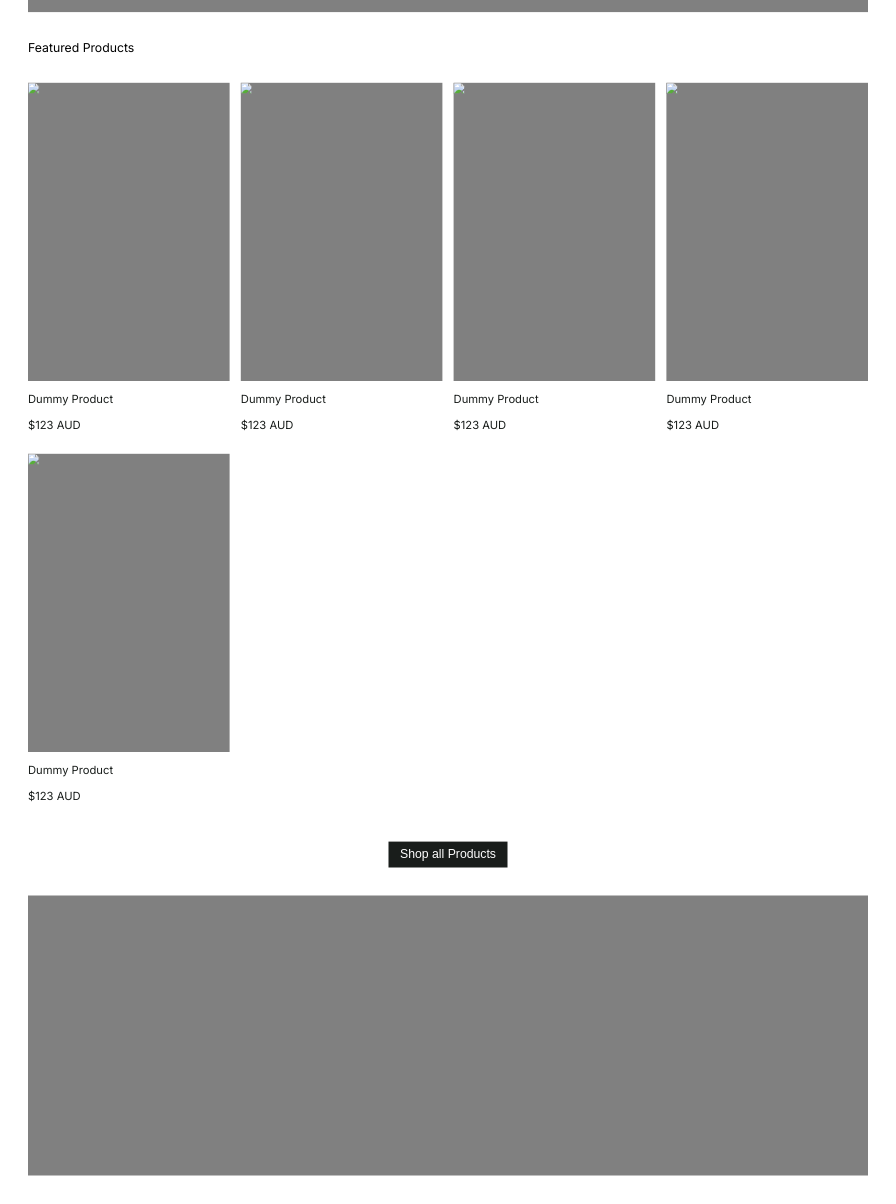
Repository: David-Waite/ecommercefrontendTemplate
Page: /
These files come from the project's save history. The page is drawn as it stood at one moment and after the next save; the edit follows.
The browser window is 1280 px wide. The pictures show the part of the page from y = 695 to 2615 px (the page is 2415 px tall before and 2615 px after), at 70% of full size.
The project was rebuilt for these pictures with package versions that can differ from the ones it lists, and the page was loaded fresh each time. The framework's server and built-in components were replaced by stand-ins that run in the browser. Also part of the build but not shown: next.config.js.

Above is the page before, as saved 2023-08-24 20:33:27.

### app/layout.js
import Nav from "./Components/Nav/Nav";
import "./globals.css";
import { Inter } from "next/font/google";

const inter = Inter({ subsets: ["latin"] });

export const metadata = {
  title: "Create Next App",
  description: "Generated by create next app",
};

export default function RootLayout({ children }) {
  return (
    <html lang="en">
      <body className={inter.className}>
        <Nav />
        {children}
      </body>
    </html>
  );
}

### app/page.js
import Image from "next/image";
import styles from "./page.module.css";
import Link from "next/link";
import PrimaryButton from "./Components/UI/PrimaryButton/PrimaryButton";
import ProductGrid from "./Components/UI/ProductsGrid/ProductGrid";
import ProductCard from "./Components/UI/ProductCard/ProductCard";

export default function Home() {
  const DUMMYFEATUREDPRODUCTS = [
    {
      id: "1",
      image: "",
      name: "Dummy Product",
      price: 123.0,
    },
    {
      id: "2",
      image: "",
      name: "Dummy Product",
      price: 123.0,
    },
    {
      id: "3",
      image: "",
      name: "Dummy Product",
      price: 123.0,
    },
    {
      id: "4",
      image: "",
      name: "Dummy Product",
      price: 123.0,
    },
    {
      id: "5",
      image: "",
      name: "Dummy Product",
      price: 123.0,
    },
  ];

  const featuredProducts = DUMMYFEATUREDPRODUCTS.map(
    ({ id, image, name, price }) => {
      return (
        <ProductCard
          key={id}
          image={image}
          name={name}
          price={price}
          id={id}
          fontSize={"var(--fontMinus1)"}
        />
      );
    }
  );
  return (
    <main className={styles.main}>
      <div className={styles.heroImage}>
        <h1>Example Product Collection</h1>
        <Link href={"#"}>
          <PrimaryButton text={"Shop Now"} />
        </Link>
      </div>

      <div className={styles.featuredProductsContainer}>
        <h2 className={styles.featuredProductHeading}>Featured Products</h2>
        <ProductGrid>{featuredProducts}</ProductGrid>
      </div>
      <div className={styles.shopAllProductsBtn}>
        <PrimaryButton
          text={"Shop all Products"}
          dark={true}
          fontSize={"var(--fontBase)"}
        />
      </div>

      <div className={styles.imageCollage}></div>
    </main>
  );
}

### app/Components/Nav/Nav.js
"use client";
import Link from "next/link";
import { useState } from "react";
import {
  PiMagnifyingGlassLight,
  PiBag,
  PiListLight,
  PiXLight,
} from "react-icons/pi";
import styles from "./Nav.module.css";

export default function Nav() {
  const [navOpen, setNavOpen] = useState(false);

  function toggleMenu() {
    setNavOpen((prev) => !prev);
  }
  return (
    <nav className={styles.nav}>
      <div className={styles.menu} onClick={toggleMenu}>
        {!navOpen && <PiListLight fontSize={24} />}
        {navOpen && <PiXLight fontSize={24} />}
      </div>

      <div className={styles.moblieMenu} style={{ width: !navOpen && "0" }}>
        <Link href="/">Home</Link>
        <Link href="#">Catalog</Link>
        <Link href="#">Contact</Link>
      </div>
      <div className={styles.linksContainer}>
        <Link className={styles.logo} href="/">
          Logo
        </Link>
        <div className={styles.pagesContainer}>
          <Link href="/">Home</Link>
          <Link href="#">Catalog</Link>
          <Link href="#">Contact</Link>
        </div>
      </div>
      <div className={styles.iconsContainer}>
        <Link href="#">
          <PiMagnifyingGlassLight fontSize={26} />
        </Link>
        <Link href="#">
          <PiBag fontSize={26} />
        </Link>
      </div>
    </nav>
  );
}

### app/globals.css
:root {
  --primary: ;
  --black: #191d1b;
  --background: #ffffff;
  --white: #ffffff;
  --grey: #606060;
  --hoverGrey: #c5c5c5;
  --error: #a83c23;
  --max-width: 1500px;
  --fontBase: 17.5px;
  --fontPlus1: 21.88px;
  --fontPlus2: 27.34px;
  --fontPlus3: 34.18px;
  --fontMinus1: 14px;
  --fontMinus2: 11.2px;
  --marginMax: 40px;
  --margin1000: 32px;
  --marginMobile: 16px;
}

* {
  padding: 0;
  margin: 0;
  box-sizing: border-box;
}

### app/page.module.css
.main {
  margin: 0px auto;
  padding: 0px 40px;
  max-width: calc(var(--max-width) + 80px);
}
.heroImage {
  width: 100%;
  height: 600px;
  background-color: grey;
  display: flex;
  gap: 40px;
  flex-direction: column;
  align-items: center;
  justify-content: center;
}

.heroImage h1 {
  font-size: var(--fontPlus3);
  font-weight: 400;
  color: white;
}

.featuredProductsContainer {
  margin: 40px 0;
  display: flex;
  flex-direction: column;
  gap: 40px;
}

.shopAllProductsBtn {
  display: flex;
  margin: 40px 0;
  justify-content: center;
}

.featuredProductHeading {
  font-size: var(--fontBase);
  font-weight: 400;
}

.imageCollage {
  height: 400px;
  width: 100%;

  left: 0;
  margin-bottom: 40px;
  background-color: grey;
}
@media (max-width: 1000px) {
  .main {
    padding: 0px var(--margin1000);
  }
}
@media (max-width: 768px) {
  .main {
    padding: 0px var(--marginMobile);
  }
}

### app/Components/UI/PrimaryButton/PrimaryButton.js
import styles from "./PrimaryButton.module.css";

export default function PrimaryButton({ text, fontSize, dark }) {
  return (
    <button
      className={`${styles.container} ${dark && styles.dark}`}
      style={{
        fontSize: fontSize,
      }}
    >
      {text}
    </button>
  );
}

### app/Components/UI/ProductsGrid/ProductGrid.js
import styles from "./ProductGrid.module.css";
export default function ProductGrid({ children }) {
  return <div className={styles.main}>{children}</div>;
}

### app/Components/UI/ProductCard/ProductCard.js
import Image from "next/image";
import Link from "next/link";
import styles from "./ProductCard.module.css";

export default function ProductCard({ image, name, price, id }) {
  return (
    <Link href={`/catalog/product${id}`} className={styles.main}>
      <div className={styles.imageContainer}>
        <Image src={image} fill={true} alt={name} />
      </div>
      <div className={styles.infoContainer}>
        <p className={styles.name}>{name}</p>
        <p className={styles.price}>${price} AUD</p>
      </div>
    </Link>
  );
}

### app/Components/Nav/Nav.module.css
.nav {
  display: flex;
  align-items: center;
  justify-content: space-between;
  margin: 0px auto;
  padding: 40px;
  max-width: calc(var(--max-width) + 80px);
  position: relative;
}

.linksContainer {
  display: flex;
  align-items: center;
  justify-content: center;
  gap: 40px;
}

.pagesContainer {
  display: flex;
  gap: 24px;
}

.pagesContainer {
  font-size: var(--fontMinus1);
}

.iconsContainer {
  display: flex;
  gap: 16px;
}
.nav a {
  text-decoration: none;
  color: var(--black);
}

.logo {
  font-size: var(--fontPlus2);
}
.moblieMenu {
  position: absolute;
  flex-direction: column;
  width: 400px;
  left: 0;
  top: 113px;
  height: calc(100vh - 113px);
  transition: 0.3s;
  overflow: hidden;
}
.moblieMenu a {
  padding: 16px 32px;
}

.moblieMenu a:hover {
  background-color: var(--hoverGrey);
}
.menu,
.moblieMenu {
  display: none;
}
@media (max-width: 1000px) {
  .nav {
    padding: 40px var(--margin1000);
  }
  .pagesContainer {
    display: none;
  }
  .menu {
    display: block;
  }
  .moblieMenu {
    display: flex;
  }
  .logo {
    margin-left: 42px;
  }
}
@media (max-width: 768px) {
  .nav {
    padding: 40px var(--marginMobile);
  }
  .moblieMenu {
    width: 90vw;
  }
}

### app/Components/UI/PrimaryButton/PrimaryButton.module.css
.container {
  background-color: var(--white);
  padding: 8px 16px;
  border: none;
  cursor: pointer;
  font-size: var(--fontMinus1);
}

.dark {
  background-color: var(--black);
  color: var(--white);
}

.container:hover {
  background-color: var(--hoverGrey);
}

### app/Components/UI/ProductsGrid/ProductGrid.module.css
.main {
  display: grid;
  grid-template-columns: repeat(5, 1fr);

  gap: 40px;
}

@media (max-width: 1500px) {
  .main {
    grid-template-columns: repeat(4, 1fr);
    gap: 16px;
  }
}

@media (max-width: 1000px) {
  .main {
    grid-template-columns: repeat(2, 1fr);
    gap: 32px;
  }
}

@media (max-width: 778px) {
  .main {
    gap: 8px;
  }
}

### app/Components/UI/ProductCard/ProductCard.module.css
.imageContainer {
  height: calc((((1500px - 160px) / 5) * 1.5));
  position: relative;
  /* (total view width / amount of padding total (container + total gap)) / amount of col - 3 * 2) */
  background-color: grey;
}

.main {
  text-decoration: none;
}

.infoContainer {
  display: flex;
  flex-direction: column;
  gap: 16px;
  margin: 16px 0;
  color: var(--black);
}

@media (max-width: 1500px) {
  .imageContainer {
    height: calc((100vw - 64px - (var(--marginMax) * 2)) / 4 * 1.5);
    /* (total view width / amount of padding total (container + total gap)) / amount of col - 3 * 2) */
  }
}

@media (max-width: 1000px) {
  .imageContainer {
    height: calc((100vw - 32px - (var(--margin1000) * 2)) / 2 * 1.5);
    /* (total view width / amount of padding total (container + total gap)) / amount of col - 3 * 2) */
  }
}

@media (max-width: 778) {
  .imageContainer {
    height: calc((100vw - 8px - (var(--marginMobile) * 2)) / 2 * 1.5);
    /* (total view width / amount of padding total (container + total gap)) / amount of col - 3 * 2) */
  }
}

After the next save:
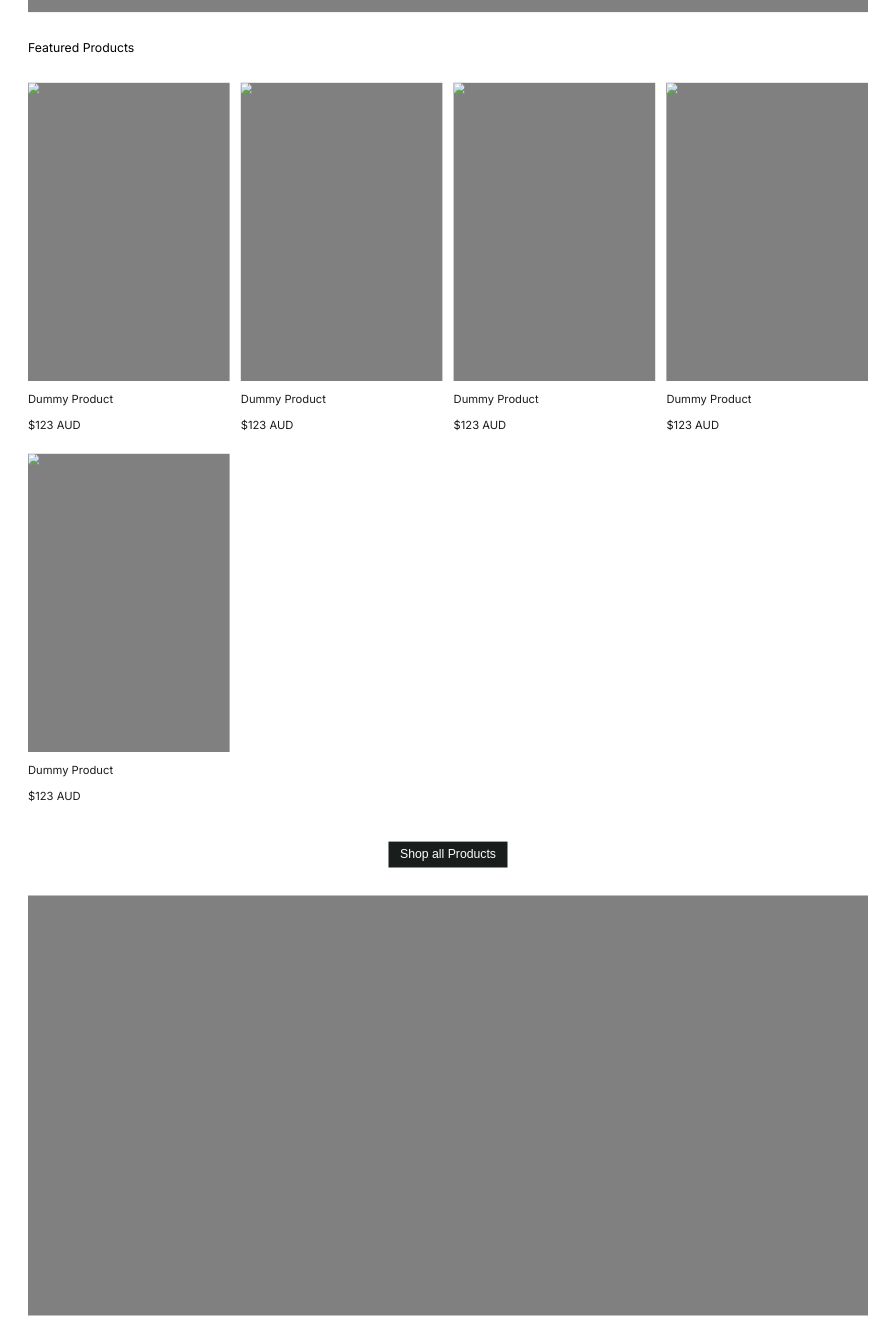
Saved 11 s later.
--- a/app/page.module.css
+++ b/app/page.module.css
@@ -39,7 +39,7 @@
 }
 
 .imageCollage {
-  height: 400px;
+  height: 600px;
   width: 100%;
 
   left: 0;
